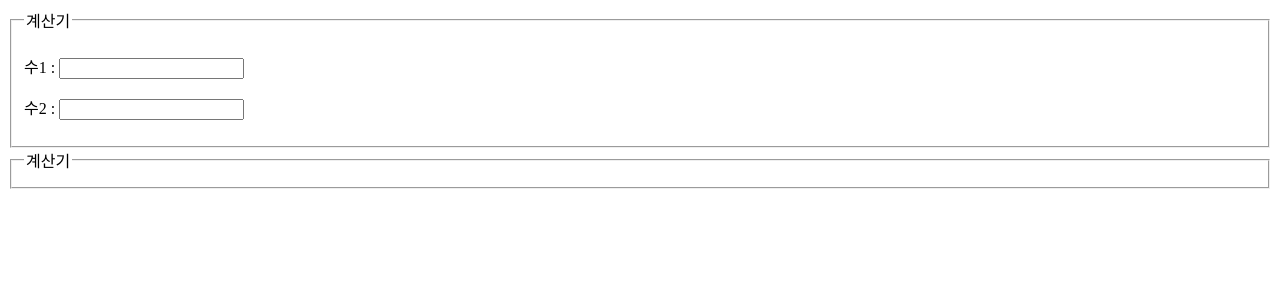
Repository: hagjun/jspstudy
Page: http://localhost/01_servlet/view/ex07.jsp
These files come from the project's save history. The page is drawn as it stood at one moment and after the next save; the edit follows.
The browser window is 1280 px wide. The pictures show the whole page.
The page is served by Tomcat 9.

Above is the page before, as saved 2024-03-04 08:00:33.

After the next save:
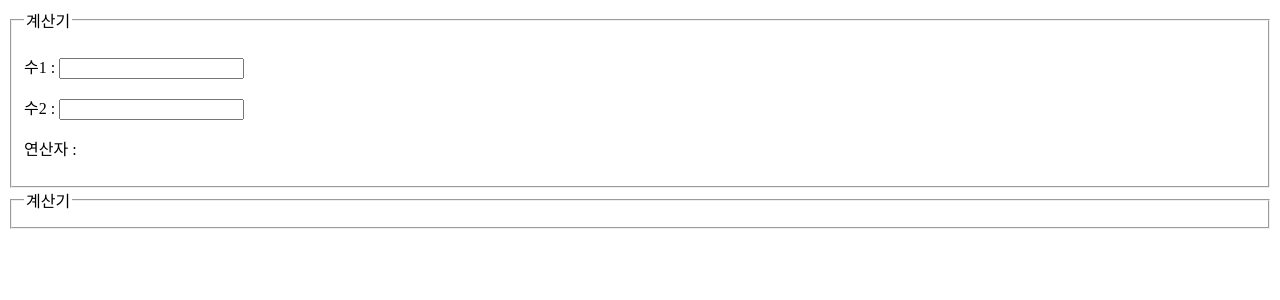
Saved 41 s later.
--- a/01_servlet/src/main/webapp/view/ex07.jsp
+++ b/01_servlet/src/main/webapp/view/ex07.jsp
@@ -11,6 +11,7 @@
 		<legend>계산기</legend>
 		<p>수1 : <input type="number" name="su1" required>
 		<p>수2 : <input type="number" name="su2" required>
+		<p>연산자 :
 	</fieldset>
 
 	<fieldset>
